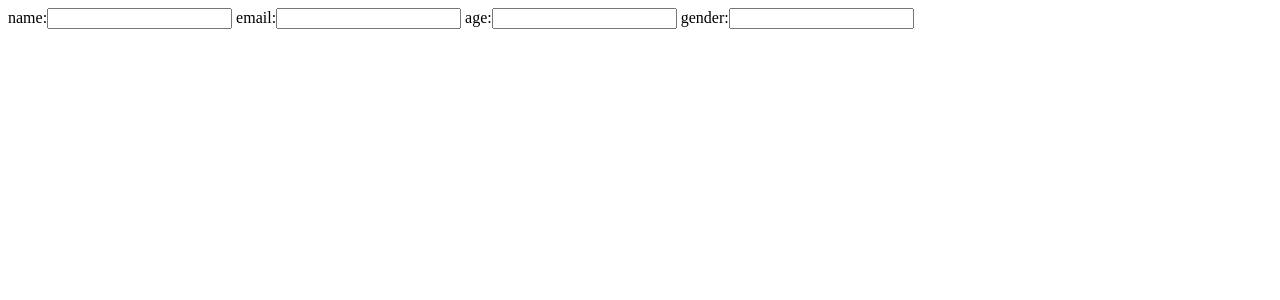
Repository: loganathanofficial/before-17-11-2025
Page: http://localhost/SecondApp/Form.jsp
The author's editor kept a copy of each file at every save. The page is drawn from the files as they stood at one save, then again after the next save.
The browser window is 1280 px wide. The pictures show the whole page.
The page is served by Tomcat 10. Other server files are loaded and not shown.

Above is the page before, as saved 2025-02-25 04:06:46.

### Spring_MVC/SecondApp/src/main/webapp/Form.jsp
<%@ page language="java" contentType="text/html; charset=UTF-8"
    pageEncoding="UTF-8"%>
<!DOCTYPE html>
<html>
<head>
<meta charset="UTF-8">
<title>Insert title here</title>
</head>
<body>

<form action="save" method="post">

	name:<input type="text" name="studentname">
	email:<input type="text" name="studentemail">
	age:<input type="text" name="studentage">
	gender:<input type="text" name="studentgendet">
</form>

</body>
</html>

After the next save:
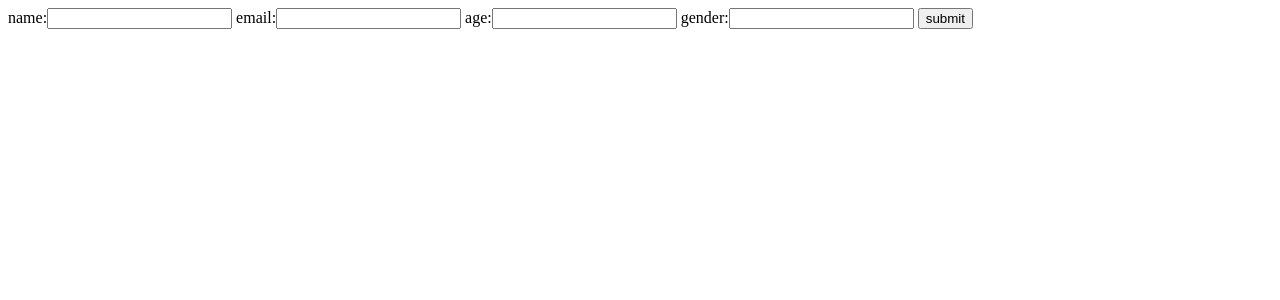
Saved 113 s later.
--- a/Spring_MVC/SecondApp/src/main/webapp/Form.jsp
+++ b/Spring_MVC/SecondApp/src/main/webapp/Form.jsp
@@ -14,6 +14,7 @@
 	email:<input type="text" name="studentemail">
 	age:<input type="text" name="studentage">
 	gender:<input type="text" name="studentgendet">
+	<button type="submit">submit</button>
 </form>
 
 </body>
